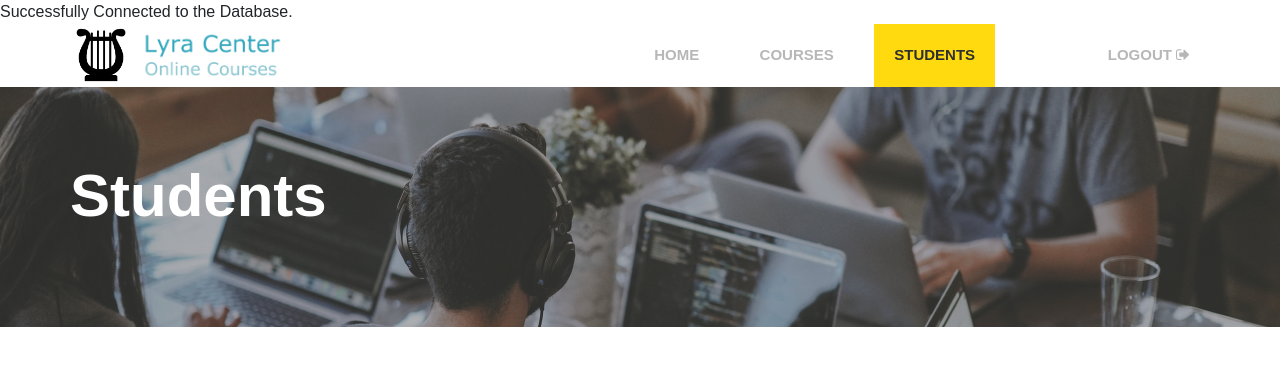
Repository: jersmaecrz/lyra-center
Page: http://localhost/aStudents.php
These files come from the project's save history. The page is drawn as it stood at one moment and after the next save; the edit follows.
The browser window is 1280 px wide. The pictures show the whole page.
Some web fonts or font styles are not loaded; a fallback is used. The page is run by PHP 8.4 with error messages shown; the project is at /var/www/html/.

Above is the page before, as saved 2022-12-03 23:33:29.

After the next save:
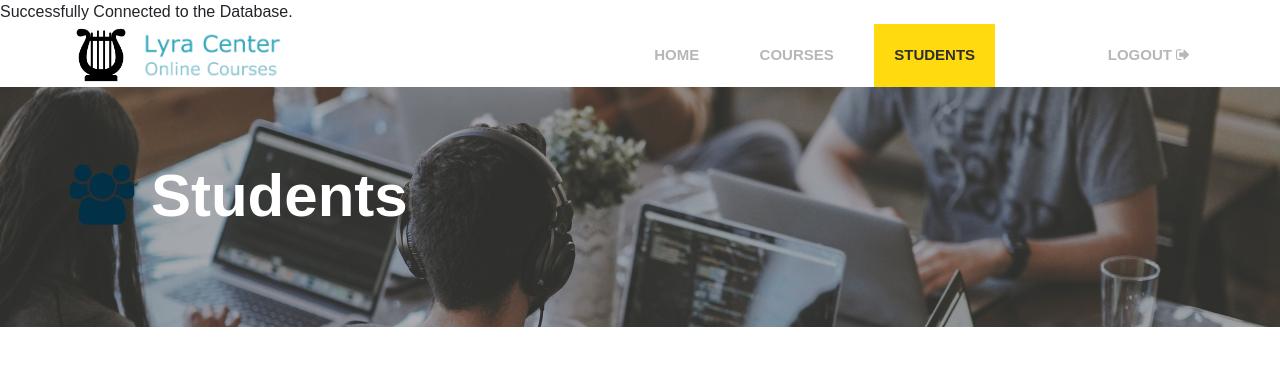
Saved 109 s later.
--- a/aStudents.php
+++ b/aStudents.php
@@ -76,7 +76,7 @@
             <div class="row">
                 <div class="col-lg-5">
                     <div class="normal__breadcrumb__text">
-                        <h2>Students</h2>
+                        <h2><i class="icon fa fa-users" aria-hidden="true"></i> Students</h2>
                     </div>
                 </div>
             </div>
